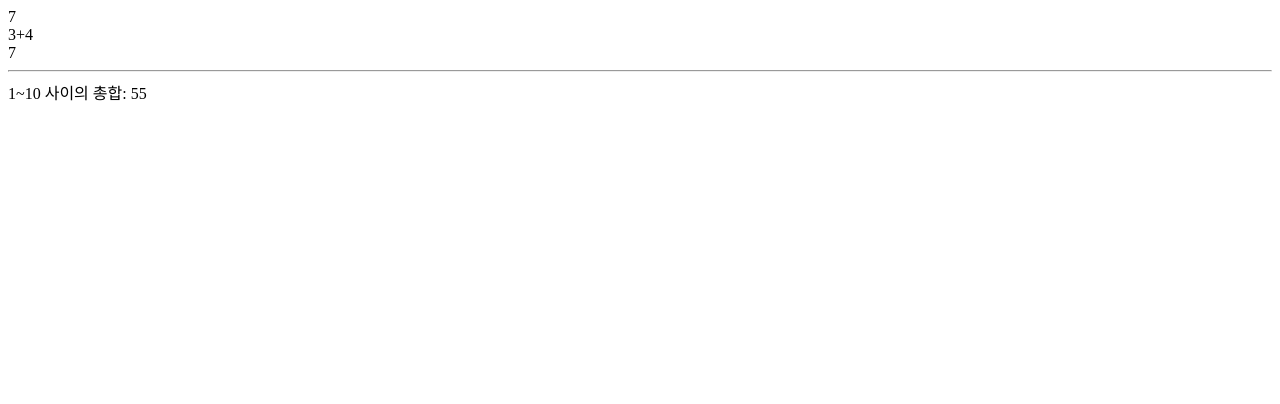
Repository: guen1218/Java_WEB26
Page: http://localhost/Lecture-WEB/basic/exam03.jsp
These files come from the project's save history. The page is drawn as it stood at one moment and after the next save; the edit follows.
The browser window is 1280 px wide. The pictures show the whole page.
The page is served by Tomcat 10.

Above is the page before, as saved 2026-08-31 02:35:23.

After the next save:
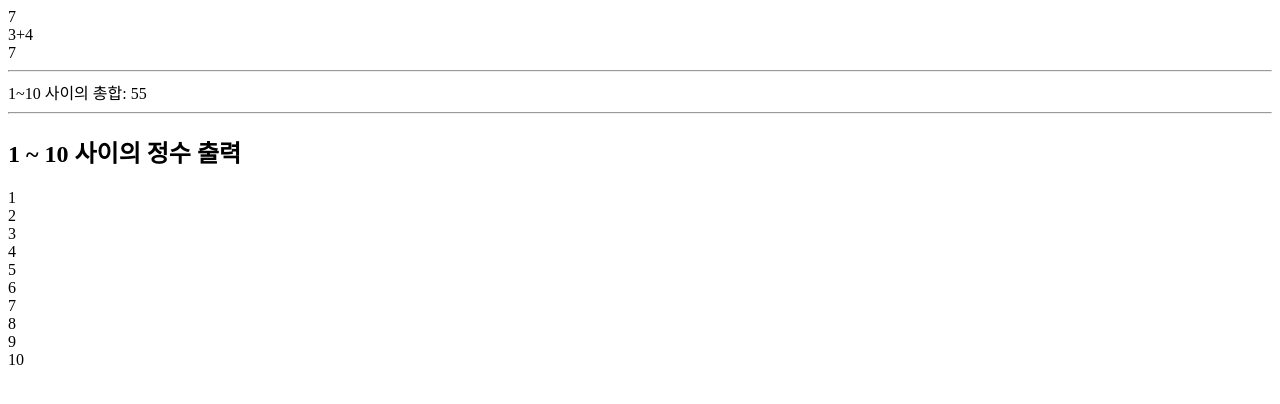
Saved 4 min 17 s later.
--- a/Lecture-WEB/src/main/webapp/basic/exam03.jsp
+++ b/Lecture-WEB/src/main/webapp/basic/exam03.jsp
@@ -19,5 +19,12 @@
 	%>
 	1~10 사이의 총합:
 	<%= sum %>
+	<hr>
+	<h2>1 ~ 10 사이의 정수 출력</h2>
+	<%
+		for(int i = 1; i<=10; i++){
+	%>
+	<%= i %><br>
+	<% } %>
 </body>
 </html>
